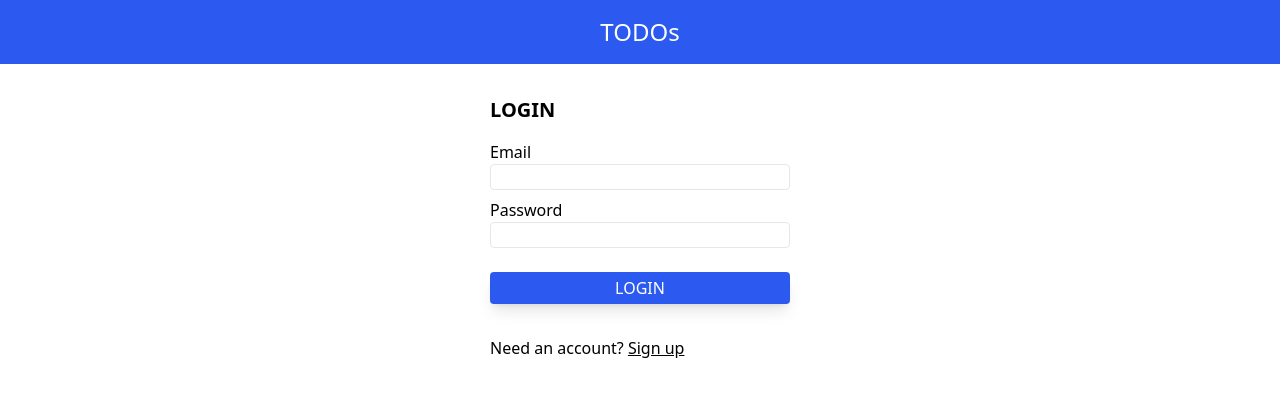
Repository: Jay-JYKim91/wanted-pre-onboarding-challenge-fe-1
Page: /auth
An editor plug-in stored every save of this project. The page is shown before and after the next save, followed by the edit.
The browser window is 1280 px wide. The pictures show the whole page.
The project was rebuilt for these pictures with package versions that can differ from the ones it lists, and the page was loaded fresh each time.

Above is the page before, as saved 2022-07-29 20:12:53.

### src/index.tsx
import React from "react"
import ReactDOM from "react-dom/client"
import "./index.css"
import App from "./App"
import { BrowserRouter } from "react-router-dom"

const root = ReactDOM.createRoot(document.getElementById("root") as HTMLElement)
root.render(
  <React.StrictMode>
    <BrowserRouter>
      <App />
    </BrowserRouter>
  </React.StrictMode>
)

### src/App.tsx
import React from "react"
import { Route, Routes } from "react-router-dom"
import Auth from "./page/Auth"

function App() {
  return (
    <div className="App">
      <header className="bg-primary-900 text-white text-center py-4 text-2xl">
        <span>TODOs</span>
      </header>
      <Routes>
        <Route path="/auth" element={<Auth />} />
      </Routes>
    </div>
  )
}

export default App

### src/page/Auth.tsx
import React, { useState } from "react"

type logInOrSignUp = "logIn" | "signUp"
function Auth() {
  const [logInOrSignUp, setLogInOrSignUp] = useState<logInOrSignUp>("logIn")

  return (
    <div>
      <div className="max-w-[300px] m-auto my-8">
        <h1 className="font-bold text-xl uppercase">{logInOrSignUp}</h1>
        <form className="my-4">
          <div className="flex flex-col mb-2">
            <label htmlFor="emailForLogin">Email</label>
            <input type="email" id="emailForLogin" className="border rounded" />
          </div>
          <div className="flex flex-col mb-2">
            <label htmlFor="passwordForLogin">Password</label>
            <input
              type="password"
              id="passwordForLogin"
              className="border rounded"
            />
          </div>
          <button
            type="button"
            className="w-full py-1 my-4 uppercase rounded bg-primary-900 text-white shadow-lg"
          >
            {logInOrSignUp}
          </button>
        </form>
        {logInOrSignUp === "logIn" ? (
          <p>
            Need an account?{" "}
            <button type="button" className="underline">
              Sign up
            </button>
          </p>
        ) : (
          <p>
            Already a user? <button>Sign up</button>
          </p>
        )}
      </div>
    </div>
  )
}

export default Auth

### tailwind.config.js
/** @type {import('tailwindcss').Config} */
module.exports = {
  content: [
    "./src/**/*.{js,jsx,ts,tsx}",
  ],
  theme: {
    extend: {
      colors: {
        'primary': {
          100: '#47dfbc',
          500: '#428afe',
          900: '#2c5af1',
        }
      },
    },
  },
  plugins: [],
}

Loaded but not shown: public/index.html (common file); src/index.css (common file)

After the next save:
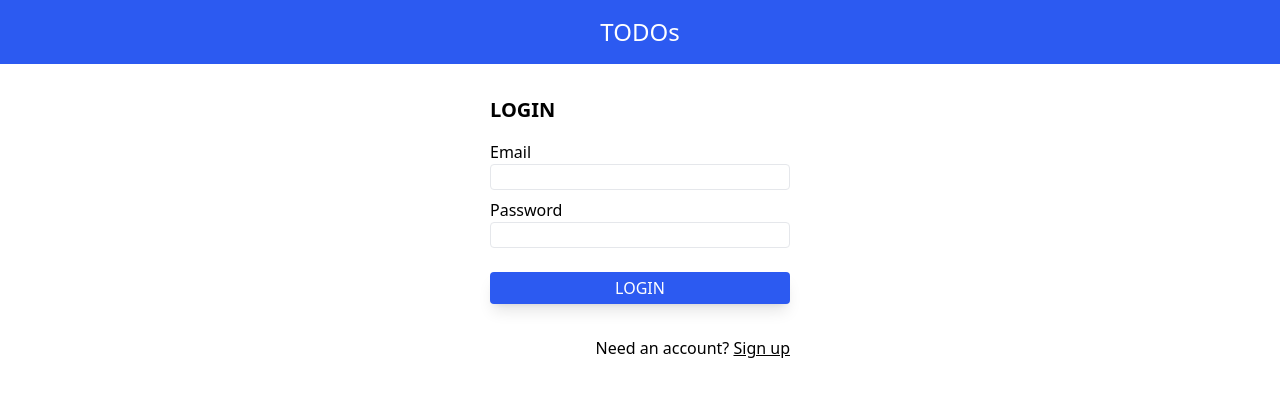
Saved 21 s later.
--- a/src/page/Auth.tsx
+++ b/src/page/Auth.tsx
@@ -29,7 +29,7 @@ function Auth() {
           </button>
         </form>
         {logInOrSignUp === "logIn" ? (
-          <p>
+          <p className="text-right">
             Need an account?{" "}
             <button type="button" className="underline">
               Sign up
